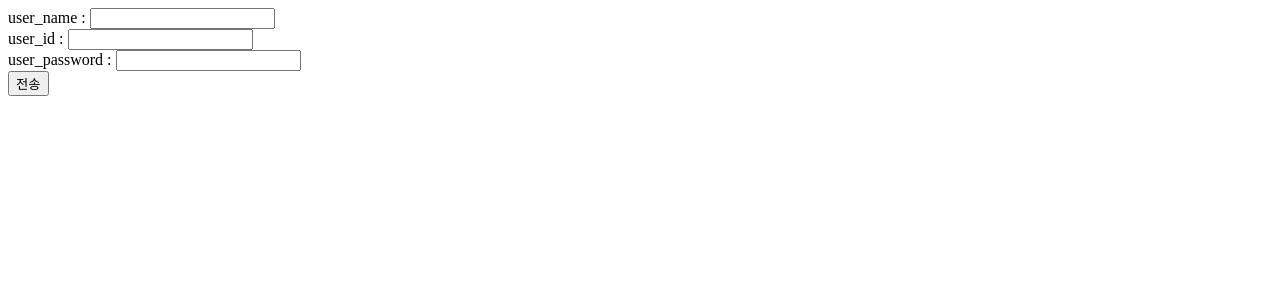
Repository: HeeMang28/jsp
Page: http://localhost/JSPBasic/jspobject/request/req_user_form.jsp
The author's editor kept a copy of each file at every save. The page is drawn from the files as they stood at one save, then again after the next save.
The browser window is 1280 px wide. The pictures show the whole page.
The page is served by Tomcat 9.

Above is the page before, as saved 2022-03-25 10:18:17.

After the next save:
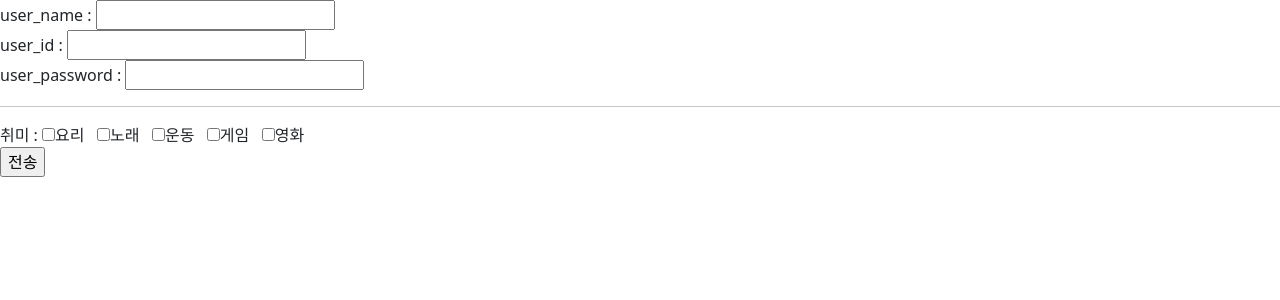
Saved 21 min 6 s later.
--- a/JSPBasic/src/main/webapp/jspobject/request/req_user_form.jsp
+++ b/JSPBasic/src/main/webapp/jspobject/request/req_user_form.jsp
@@ -3,6 +3,7 @@
 <!DOCTYPE html>
 <html>
 <head>
+<link href="https://cdn.jsdelivr.net/npm/bootstrap@5.1.3/dist/css/bootstrap.min.css" rel="stylesheet" integrity="sha384-1BmE4kWBq78iYhFldvKuhfTAU6auU8tT94WrHftjDbrCEXSU1oBoqyl2QvZ6jIW3" crossorigin="anonymous">
 <meta charset="UTF-8">
 <title>Insert title here</title>
 </head>
@@ -17,6 +18,17 @@
  	user_name : <input type="text" name="uname" /><br/>
  	user_id : <input type="text" name="uid" /><br/>
  	user_password : <input type="password" name="upw" /><br/>
+ 	<hr/>
+
+ 	취미 :
+ 	<input type="checkbox" name="hobby">요리 &nbsp;
+ 	<input type="checkbox" name="hobby">노래 &nbsp;
+ 	<input type="checkbox" name="hobby">운동 &nbsp;
+ 	<input type="checkbox" name="hobby">게임 &nbsp;
+ 	<input type="checkbox" name="hobby">영화 &nbsp;
+
+ 	<br/>
+
  	<input type="submit" value="전송">
  	</form>
 </body>
